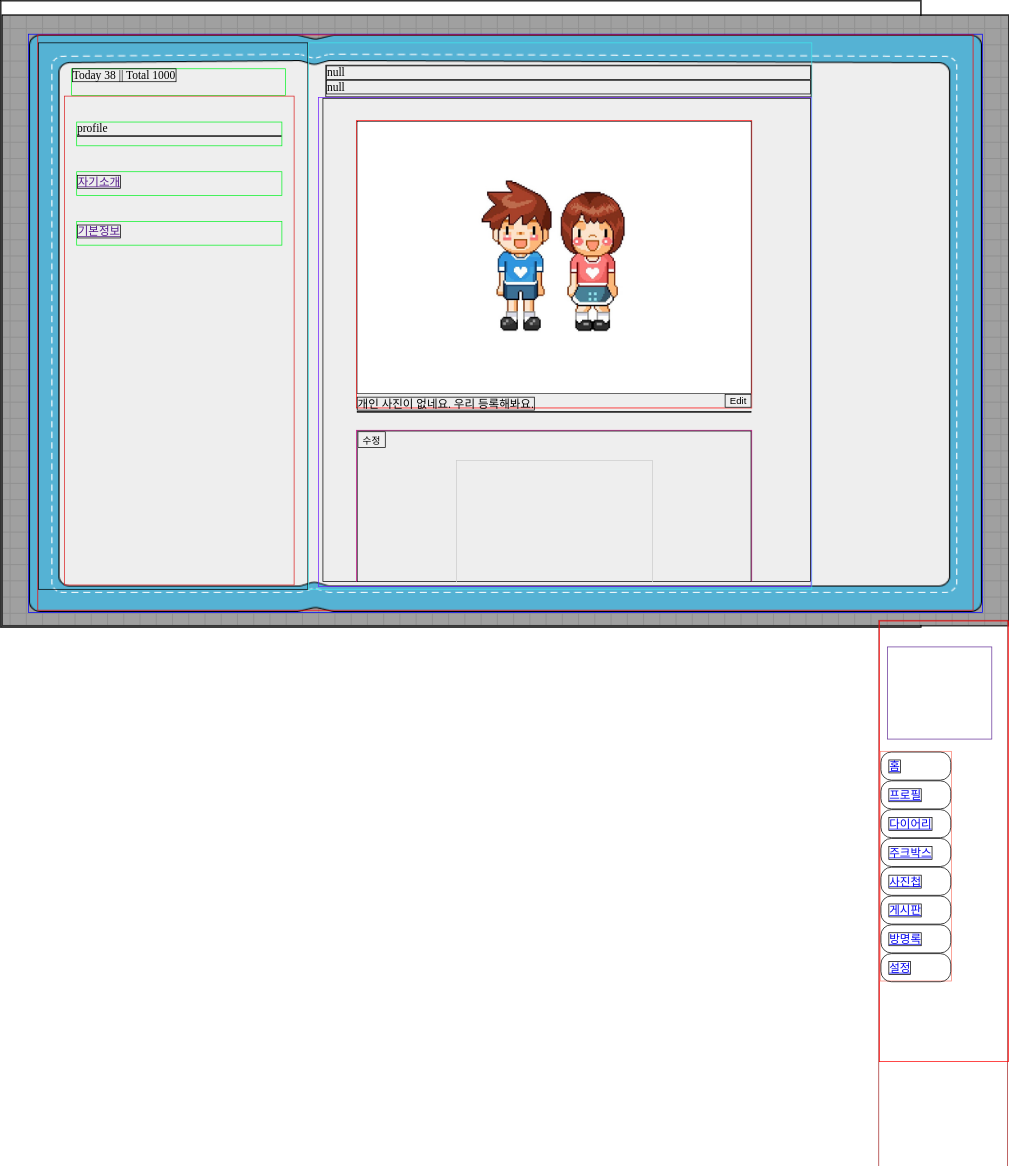
Repository: BBoBBoM/Jsp-workspace
Page: http://localhost/cyworldrenew1/profile.jsp
The author's editor kept a copy of each file at every save. The page is drawn from the files as they stood at one save, then again after the next save.
The browser window is 1280 px wide. The page is 1401 px wide, so the pictures cover 1401 px, including what lies to the right of the window. The pictures show the whole page, at 72% of full size.
An inner scrolling area shows only its first screen. The page is served by Tomcat 9. Queries for data that is not in the repository find no rows.

Above is the page before, as saved 2023-05-31 07:14:36.
Console error: SyntaxError: Invalid or unexpected token

### cyworldrenew1/src/main/webapp/profile.jsp

<%@ page language="java" contentType="text/html; charset=UTF-8"
	pageEncoding="UTF-8"%>


<%@ page import="java.util.*"%>
<%@ taglib prefix="c" uri="http://java.sun.com/jsp/jstl/core"%>
<%@ taglib prefix="sql" uri="http://java.sun.com/jsp/jstl/sql"%>
<%@ include file="dbconn.jsp"%>



<%
request.setCharacterEncoding("UTF-8");
String user_id = (String) session.getAttribute("sessionId");
PreparedStatement pstmt;
String cyworld_url = null;
String user_mini_subject = null;
String user_miniroom_file = null;
String user_profile_photo = null;
String user_name = "";
String email = "";
String user_hello_word = "";
String user_profile_photo1 = "";
try {
	String sql = "select * from user where user_id=?";
	String sql1 = "select * from profile where user_id=?";
	pstmt = conn.prepareStatement(sql);
	pstmt.setString(1, user_id);
	ResultSet rs = pstmt.executeQuery();
	while (rs.next()) {
		cyworld_url = rs.getString("cyworld_url");
		user_name = rs.getString("user_name");
		email = rs.getString("email");
	}
	pstmt = conn.prepareStatement(sql1);
	pstmt.setString(1, user_id); // user_id 값을 설정해야 합니다.
	ResultSet rs1 = pstmt.executeQuery();
	while (rs1.next()) {
		user_mini_subject = rs1.getString("user_mini_subject");
		user_miniroom_file = rs1.getString("user_miniroom_file");
		user_profile_photo = rs1.getString("user_profile_photo");
		user_profile_photo1 = rs1.getString("user_profile_photo1");
		user_hello_word = rs1.getString("user_hello_word");
	}
} catch (SQLException e) {
	e.printStackTrace();
}
%>
<!DOCTYPE html>
<html>
<head>
<meta charset="UTF-8">
<title>Insert title here</title>
<link href="profile.css" rel="stylesheet" type="text/css" />
</head>



<body>
	<div id="mini_container">
		<div id="mini_background1">
			<div id="mini_background2">
				<div id="all_contentsdiv">
					<div id="left_contentsborderdiv">
						<div id="left_contents_visitrate">
							<label>Today 38 || Total 1000</label>
						</div>
						<div id="profile_contents_div">
							<div id="profile_tag_subject">
								profile
								<hr>
							</div>

							<div id="profile_tag_div1">
								<a href=""> 자기소개</a>
							</div>
							<div id="profile_tag_div2">
								<a href="">기본정보</a>
							</div>
						</div>

					</div>

					<div id="center_contentsdiv">
						<div id="center_subject">
							<p><%=user_mini_subject%></p>
							<p><%=cyworld_url%></p>
						</div>
						<div id="center_contentsdiv1">
							<div id="center_contents">
								<div id="center_profile_img">
									<%
									if (user_profile_photo1 == null || user_profile_photo1.equals("")) {
									%>
									<img id="profileimg1" src="userprofileimg/profile_default.jpg">
									<label>개인 사진이 없네요. 우리 등록해봐요.</label>
									<%
									} else {
									%>
									<img id="profileimg1"
										src="userprofileimg/<%=user_profile_photo1%>">
									<%
									}
									%>

									<form id="formtag" action="add_profileimg1.jsp" method="post"
										enctype="multipart/form-data">
										<button id="edit_button" type="button" onclick="selectFile()">Edit</button>
										<input type="submit" id="edit_input" value="edit"
											style="display: none;"> <input type="file"
											id="fileinput" name="fileinput" style="display: none;">
									</form>

									<script>
											// 파일 선택 창 열기 및 자동 전환
											function selectFile() {
												document.getElementById(
														'fileinput').click();
											}

											// 파일이 선택되었을 때 자동으로 페이지 전환
											document
													.getElementById('fileinput')
													.addEventListener(
															'change',
															function() {
																document
																		.getElementById(
																				'edit_input')
																		.click();
															});
										</script>



								</div>
								<div id="center_profile_content">




									<div id="profile_introduce_border1">

										<button id="profile_introduce" onclick="showTextArea()">수정</button>

										<div id="fileContent"></div>
									</div>
									<div id="profile_introduce_border2">
										<form action="saveText.jsp">

											<button onclick="saveText();">저장</button>
											<button onclick="cancelEdit();">취소</button>
											<textarea id="filecontent_textarea" name="filecontent_textarea"></textarea>
										</form>
									</div>
								</div>

								<script>

								document.addEventListener("DOMContentLoaded", function() {
								    var fileContentDiv = document.getElementById("fileContent");
								    var xhr = new XMLHttpRequest();
								    xhr.open("GET", "introduceText/<%=user_id%>.txt", true); // 표시할 파일의 경로와 파일명을 지정합니다.
								    xhr.onreadystatechange = function() {
								        if (xhr.readyState === 4 && xhr.status === 200) {
								            fileContentDiv.textContent = xhr.responseText;
								        }
								    };
								    xhr.send();
								});

	function showTextArea() {
		document
				.getElementById('profile_introduce_border1').style.display = 'none';
		document.getElementById('profile_introduce_border2').style.display = 'block';

        var fileContentDiv = document.getElementById("filecontent_textarea");
        var xhr = new XMLHttpRequest();
        xhr.open("GET", "introduceText/<%=user_id%>
									.txt",
														true); // 표시할 파일의 경로와 파일명을 지정합니다.
										xhr.onreadystatechange = function() {
											if (xhr.readyState === 4
													&& xhr.status === 200) {
												fileContentDiv.textContent = xhr.responseText;
											}
										};
										xhr.send();
									}


    function saveText() {
        var fileContent = document.getElementById("filecontent_textarea").value;

        var xhr = new XMLHttpRequest();
        xhr.open("POST", "saveText.jsp", true); // 데이터를 전송할 JSP 파일 경로를 지정합니다.
        xhr.setRequestHeader("Content-Type", "application/x-www-form-urlencoded");
        xhr.onreadystatechange = function() {
            if (xhr.readyState === 4 && xhr.status === 200) {
                // 저장 완료 후 처리할 로직을 추가합니다.
            }
        };
        xhr.send("text=" + encodeURIComponent(fileContent)); // 데이터를 전송합니다.

        document.getElementById('profile_introduce_border2').style.display = 'none';
        document.getElementById('profile_introduce_border1').style.display = 'block';
    }




									function cancelEdit() {
										document
												.getElementById('profile_introduce_border2').style.display = 'none';
										document
												.getElementById('profile_introduce_border1').style.display = 'block';
									}
								</script>

							</div>
						</div>

					</div>

				</div></div>
				<div id="right_contentsdiv_border">
					<div id="right_contentsdiv">
						<div id="right_music"></div>
						<div id="right_menu">
							<div>
								<input type="radio" id="home" class="radioG" name="radio1"
									style="display: none;"> <a href="index.jsp"
									target="_parent">홈</a>
							</div>
							<div>
								<input type="radio" id="profile" class="radioG" name="radio1"
									style="display: none;"> <a href="profile.jsp"
									target="_parent">프로필</a>
							</div>
							<div>
								<input type="radio" id="diary" class="radioG" name="radio1"
									style="display: none;"> <a href="diary.jsp"
									target="_parent">다이어리</a>
							</div>
							<div>
								<input type="radio" id="musicbox" class="radioG" name="radio1"
									style="display: none;"> <a href="index.html"
									target="_parent">주크박스</a>
							</div>
							<div>
								<input type="radio" id="photo" class="radioG" name="radio1"
									style="display: none;"> <a target="_parent"
									href="photo.jsp">사진첩</a>
							</div>
							<div>
								<input type="radio" id="board" class="radioG" name="radio1"
									style="display: none;"> <a target="_parent"
									href="index.html">게시판</a>
							</div>
							<div>
								<input type="radio" id="visitboard" class="radioG" name="radio1"
									style="display: none;"> <a target="_parent"
									href="visit_board.jsp">방명록</a>
							</div>
							<div>
								<input type="radio" id="settion" class="radioG" name="radio1"
									style="display: none;"> <a target="_parent"
									href="index.html">설정</a>
							</div>
						</div>
					</div>
				</div>


			</div>
		</div>



</body>
</html>

### cyworldrenew1/src/main/webapp/dbconn.jsp
<%@ page language="java" contentType="text/html; charset=UTF-8"
	pageEncoding="UTF-8"%>
<%@ page import="java.sql.*"%>
<%
	Connection conn = null;

	try {
		String url = "jdbc:mysql://localhost:3306/cyworld";
		String user = "root";
		String password = "1111";

		Class.forName("com.mysql.jdbc.Driver");
		conn = DriverManager.getConnection(url, user, password);

	} catch (SQLException ex) {
		out.println("데이터베이스 연결이 실패되었습니다.<br>");
		out.println("SQLException: " + ex.getMessage());
	}

%>

### cyworldrenew1/src/main/webapp/profile.css
* {
	margin: 0 auto;
	box-sizing: border-box;
	list-style: none;
	border: 1px solid black;
}

#mini_container {
	width: 1400px;
	height: 850px;
	border: 1px solid;
	position: relative;
}

#mini_background1 {
	width: 100%;
	height: 100%;
	background: url(background/background.png) no-repeat center;
	background-size: cover;
	position: absolute;
}

#mini_background2 {
	width: 95%;
	height: 95%;
	margin-top: 25px;
	border: 1px solid blue;
	background: url(background/outer.png) no-repeat center;
	background-size: cover;
	background-size: 100% 100%;
}

#all_contentsdiv {
	width: 1300px;
	height: 800px;
	border: 1px solid red;
}

#left_contentsborderdiv {
	float: left;
	margin-top: 10px;
	width: 375px;
	border: 1px solid;
	height: 760px;
}

#center_contentsdiv {
	margin-top: 10px;
	box-sizing: border-box;
	margin-right: 0px;
	width: 700px;
	float: left;
	height: 760px;
	border: 1px solid rgb(63, 231, 236);
}

#center_subject {
	margin-left: 23px;
	height: 6%;
	border: 1px solid;
	margin-top: 30px;
}

#left_contents_visitrate {
	margin-left: 45px;
	margin-top: 35px;
	margin-bottom: 0px;
	width: 80%;
	height: 5%;
	border: 1px solid rgb(6, 243, 38);
}

#right_contentsdiv_border {
	width: 180px;
	height: 760px;
float:right;
	margin: 10px 0px;
	padding: 0px;
position:relative;
	border: 1px solid brown;

}

#right_contentsdiv {
	width: 180px;
	height: 613px;
	float: left;
	border: 1px solid red;
	float:left;
}

#right_menu {
	width: 100px;
	height: 320px;
	border: 1px solid salmon;
	margin-top: 180px;
	float: left;
}

#right_menu>div {
	padding: 5px;
	height: 40px;
	border-radius: 15px;
}

#right_menu>div>a {
	margin-left: 5px;
	line-height: 30px;
}

#right_music {
	position: absolute;
	margin-left: 10px;
	top: 36px;
	width: 82%;
	height: 17%;
	border: 1px solid rebeccapurple;
}

#profile_contents_div {
	margin-right: 0px;
	padding: 0px;
	width: 320px;
	margin-left: 35px;
	height: 680px;
	border: 1px solid rgb(219, 34, 34);
}

#profile_tag_subject, #profile_tag_div1, #profile_tag_div2 {
	margin-top: 35px;
	margin-bottom: 0px;
	width: 90%;
	height: 5%;
	border: 1px solid rgb(6, 243, 38);
}

#center_contentsdiv1 {
	width: 685px;
	float: left;
	height: 680px;
	border: 1px solid rgb(109, 30, 255);
	margin-left: 13px;
}

#center_contents {
	margin-left: 5px;
	word-wrap: break-word;
	overflow-y: scroll;
	height: 99%;
	border: 1px solid;
}

#center_profile_img {
	width: 550px;
	height: 400px;
	border: 1px solid red;
	margin-left: 45px;
	margin-top: 30px;
	position: relative;
}

#center_profile_content {
	width: 550px;
	height: 400px;
	border: 1px solid rgb(233, 19, 161);
	margin-left: 45px;
	margin-top: 30px;
}

#profileimg1 {
	width: 100%;
	height: 95%;
	background-position: center;
	background-repeat: no-repeat;
	background-size: cover;
}

#edit_button {
	position: absolute;
	bottom: 0%;
	right: 0%;
}

#fileContent {

	width: 50%;
	height: 80%;
	border: 1px solid #ccc;
	padding: 10px;
	white-space: pre-wrap;
	overflow-y: auto;
margin-top:3%;
}

#filecontent_textarea{
	margin-left:5%;
	width: 50%;
	height: 80%;
	border: 1px solid #ccc;
	padding: 10px;
	white-space: pre-wrap;
	overflow-y: auto;
margin-top:3%;}

After the next save:
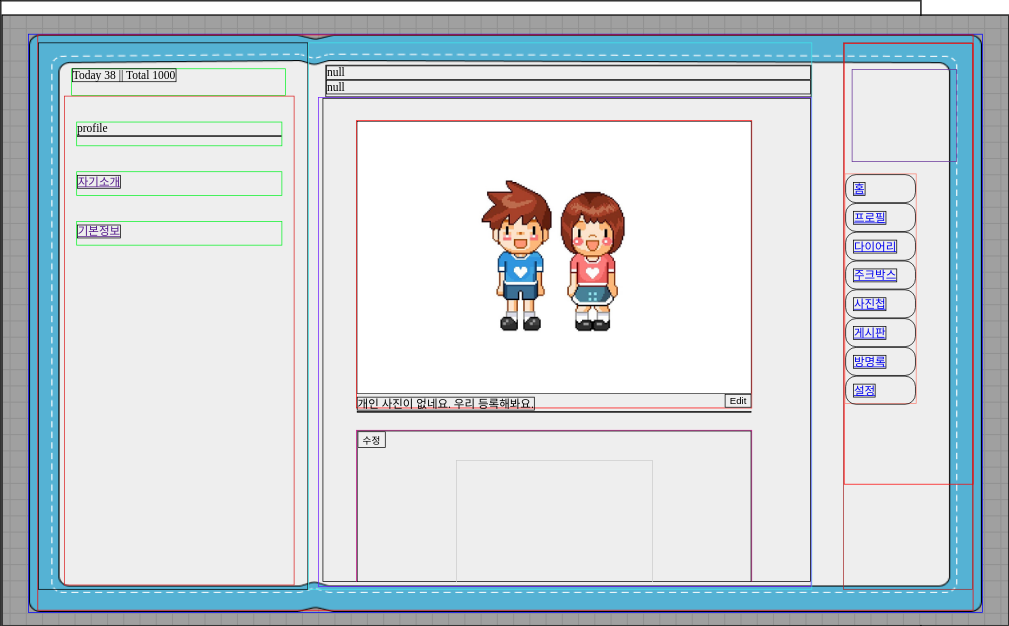
Saved 40 s later.
--- a/cyworldrenew1/src/main/webapp/profile.jsp
+++ b/cyworldrenew1/src/main/webapp/profile.jsp
@@ -223,7 +223,7 @@ try {
 
 					</div>
 
-				</div></div>
+
 				<div id="right_contentsdiv_border">
 					<div id="right_contentsdiv">
 						<div id="right_music"></div>
